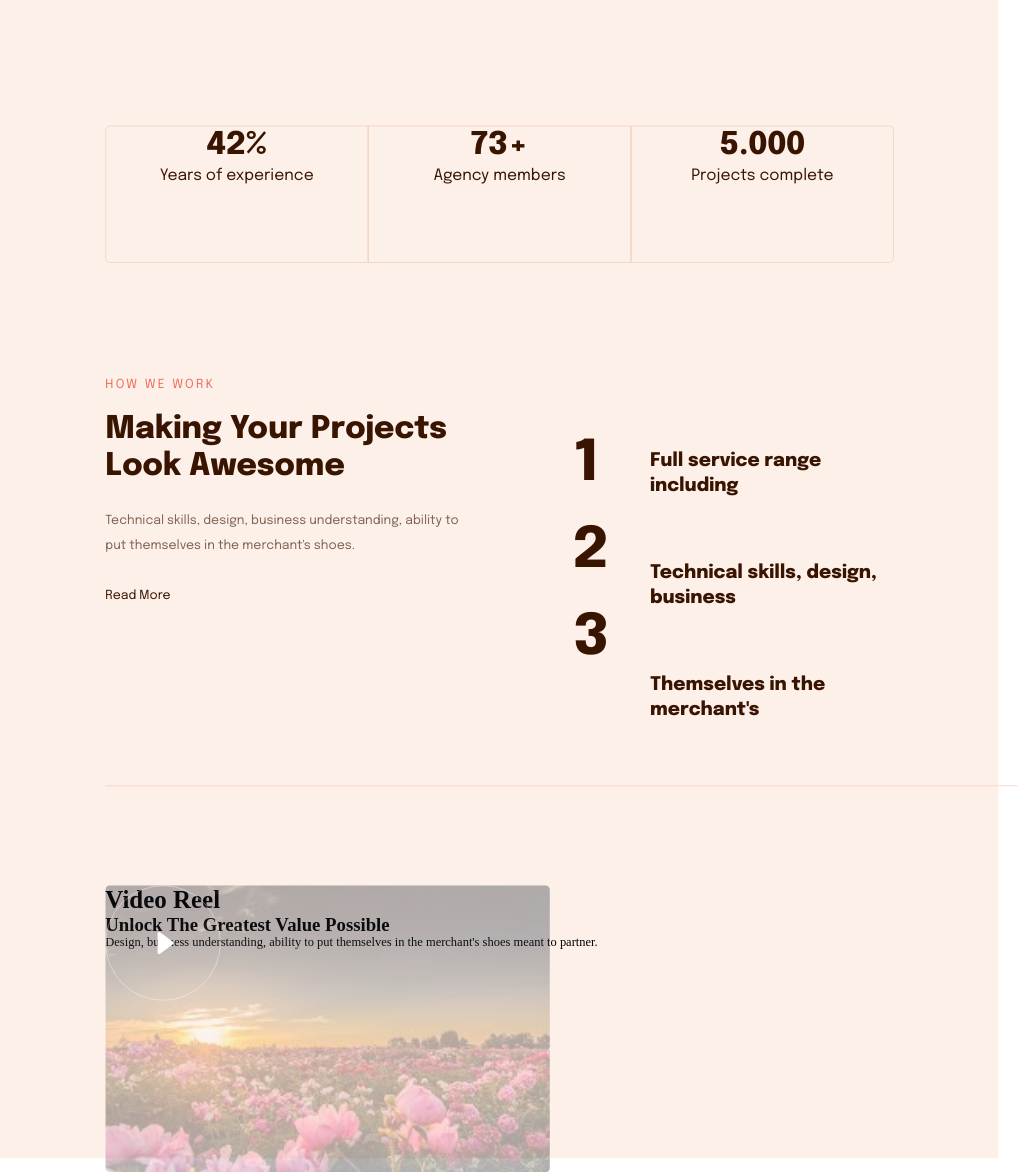
Repository: AytacJafarova/task2
Page: index.html
An editor plug-in stored every save of this project. The page is shown before and after a run of saves, followed by the edit.
The browser window is 1280 px wide. The page is 1305 px wide, so the pictures cover 1305 px, including what lies to the right of the window. The pictures show the whole page, at 78% of full size.

Above is the page before, as saved 2023-08-01 14:13:15.

### index.html
<!DOCTYPE html>
<html lang="en">

<head>
    <meta charset="UTF-8">
    <meta name="viewport" content="width=device-width, initial-scale=1.0">
    <title>Document</title>
    <link rel="stylesheet" href="./index.css">
</head>

<body>
    <div class="container">
        <div class="projects">
            <ul>
                <li>

                    <h1>42%</h1>
                    <p>Years of experience</p>
                </li>
                <li>
                    <h1>73+</h1>
                    <p>Agency members</p>
                </li>
                <li>
                    <h1>5.000</h1>
                    <p>Projects complete</p>
                </li>
            </ul>
        </div>
        <div class="work">
            <div class="box1">
                <h1>How we work</h1>
                <h2>Making Your Projects <br> Look Awesome</h2>
                <p class="put">Technical skills, design, business understanding, ability to put themselves in the
                    merchant's shoes.</p>
                <p>Read More</p>
            </div>
            <div class="box2">
                <ul>
                    <li>1</li>
                    <li>2</li>
                    <li>3</li>
                </ul>
                <div class="texts">
                    <h1>Full service range including</h1>
                    <h1>Technical skills, design, business</h1>
                    <h1>Themselves in the merchant's</h1>
                </div>
            </div>
        </div>
        <div class="border"></div>
        <div class="video">
            <div class="video-img">
                <img class="first" src="./images/images.jpg" alt="">
                <img src="./images/play.svg" alt="">
            </div>
            <div class="texts">
                <h1>Video Reel</h1>
                <h2>Unlock The Greatest Value Possible</h2>
                <p>Design, business understanding, ability to put themselves in the merchant's shoes meant to partner.
                </p>
            </div>
        </div>
    </div>
</body>

</html>

### index.css
@import url('https://fonts.googleapis.com/css2?family=Epilogue:wght@400;800&display=swap');
* {
    padding: 0;
    margin: 0;
    box-sizing: border-box;
}
.container {
    padding: 161px 134px 268px 135px;
    background: #FDF0E9;
}
.projects ul {
    display: flex;
    /* border-radius: 6px 0px 0px 6px; */
}
.projects ul li {
    display: flex;
    flex-direction: column;
    /* justify-content: center; */
    align-items: center;
    list-style-type: none;
border: 1px solid #F3D1BF;
width: 33.33%;
height: 176px;
/* padding-left: 48px; */
}
li:first-child{
border-radius: 6px 0px 0px 6px;
}
li:last-child{
border-radius: 0px 6px 6px 0px;
}


.projects ul li h1 {
    color: var(--text-dark, #391400);
font-feature-settings: 'clig' off, 'liga' off;
font-family: Epilogue;
font-size: 40px;
font-style: normal;
font-weight: 800;
line-height: 48px;
}
.projects ul li p {
    color: var(--text-dark, #391400);
font-feature-settings: 'clig' off, 'liga' off;
font-family: Epilogue;
font-size: 20px;
font-style: normal;
font-weight: 400;
line-height: 32px;
}
.work {
    display:flex ;
    margin-top: 140px;
}
.box1 h1 {
    color: var(--text-dark-accent, #EF6D58);
font-feature-settings: 'clig' off, 'liga' off;
font-family: Epilogue;
font-size: 16px;
font-style: normal;
font-weight: 400;
line-height: 32px;
letter-spacing: 3px;
text-transform: uppercase;
margin-bottom: 17px;
}
.box1 h2 {
    color: var(--text-dark, #391400);
font-feature-settings: 'clig' off, 'liga' off;
font-family: Epilogue;
font-size: 40px;
font-style: normal;
font-weight: 800;
line-height: 48px;
margin-bottom: 30px;
}
.box1 .put {
    width: 470px;
height: 68px;
flex-shrink: 0;
    color: var(--text-dark-gray, rgba(57, 20, 0, 0.64));
font-feature-settings: 'clig' off, 'liga' off;
font-family: Epilogue;
font-size: 16px;
font-style: normal;
font-weight: 400;
line-height: 32px;
margin-bottom: 28px;
}
.box1 p {
    color: var(--text-dark, #391400);
font-feature-settings: 'clig' off, 'liga' off;
font-family: Epilogue;
font-size: 16px;
font-style: normal;
font-weight: 400;
line-height: 32px;
}
.box2 {
    display: flex;
    margin-left: 130px;
    margin-top: 78px;
}
.box2 ul li {
    list-style-type: none;
    color: #391400;
font-feature-settings: 'clig' off, 'liga' off;
font-family: Epilogue;
font-size: 72px;
font-style: normal;
font-weight: 800;
line-height: 80px;
letter-spacing: -2px;
margin-bottom: 32px;
}
.box2 .texts h1 {
    color: var(--text-dark, #391400);
font-feature-settings: 'clig' off, 'liga' off;
font-family: Epilogue;
font-size: 24px;
font-style: normal;
font-weight: 700;
line-height: 32px;
margin-bottom: 80px;
margin-top: 20px;
margin-left: 54px;
}
.border {
    width: 1170px;
height: 1px;
flex-shrink: 0;
background: #F3D1BF;
}
.video {
    display: flex;
    margin-top:127px;
}
.video .video-img .first  {
    width: 570px;
    height: 368px;
    flex-shrink: 0;
    border-radius: 6px;
opacity: 0.318057119846344;
background: #5C2000;
}
.video .video-img  img {
    width: 148px;
height: 148px;
flex-shrink: 0;
color: FFFFF;
margin-bottom: 0;
position: absolute;
}
.video-img {
    position: relative;
}

After the next 4 saves:
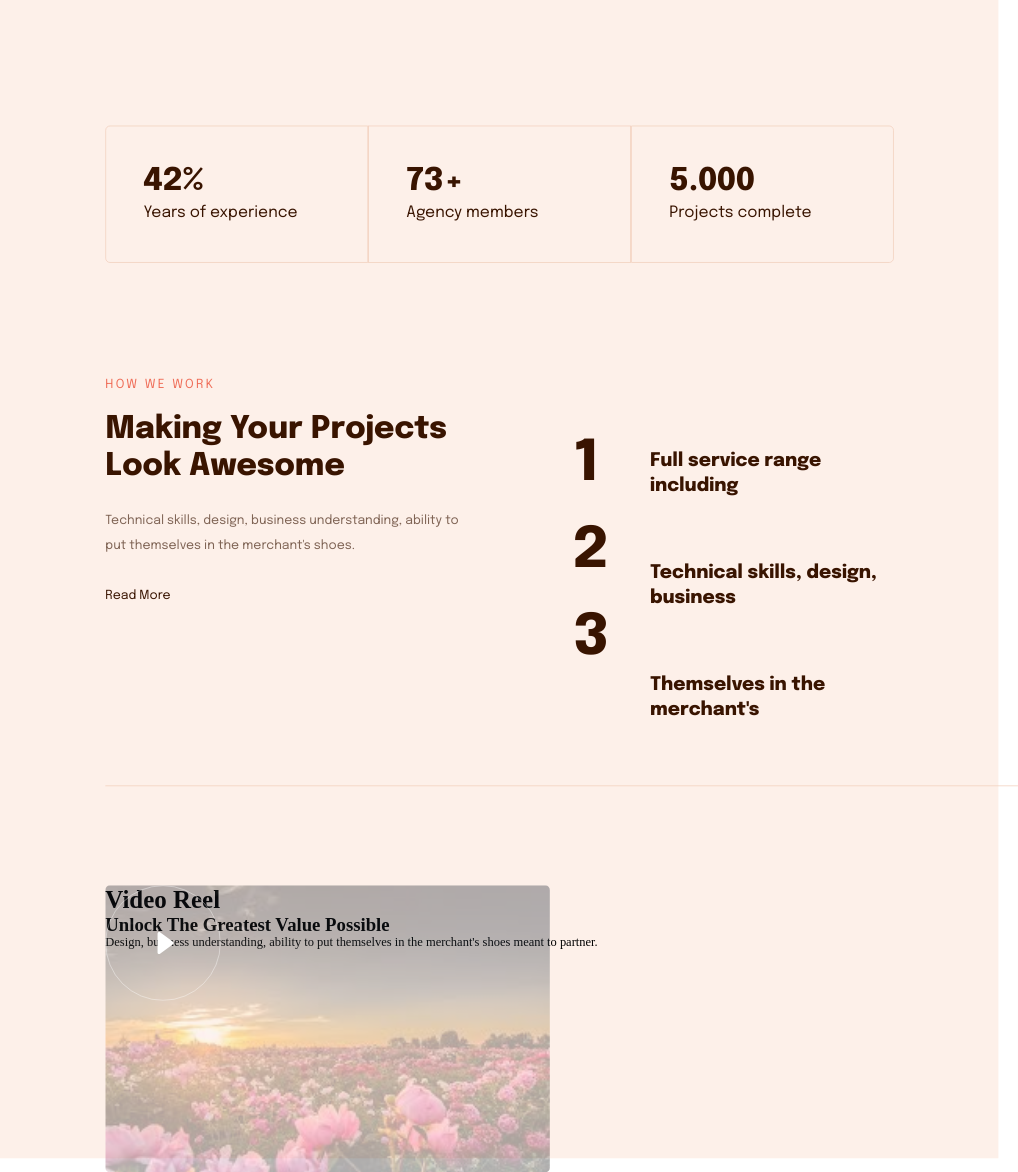
The 4 saves are shown as one change because they came seconds apart.
The last was saved 9 s later.
--- a/index.css
+++ b/index.css
@@ -15,13 +15,12 @@
 .projects ul li {
     display: flex;
     flex-direction: column;
-    /* justify-content: center; */
-    align-items: center;
+    justify-content: center;
     list-style-type: none;
 border: 1px solid #F3D1BF;
 width: 33.33%;
 height: 176px;
-/* padding-left: 48px; */
+padding-left: 48px;
 }
 li:first-child{
 border-radius: 6px 0px 0px 6px;
